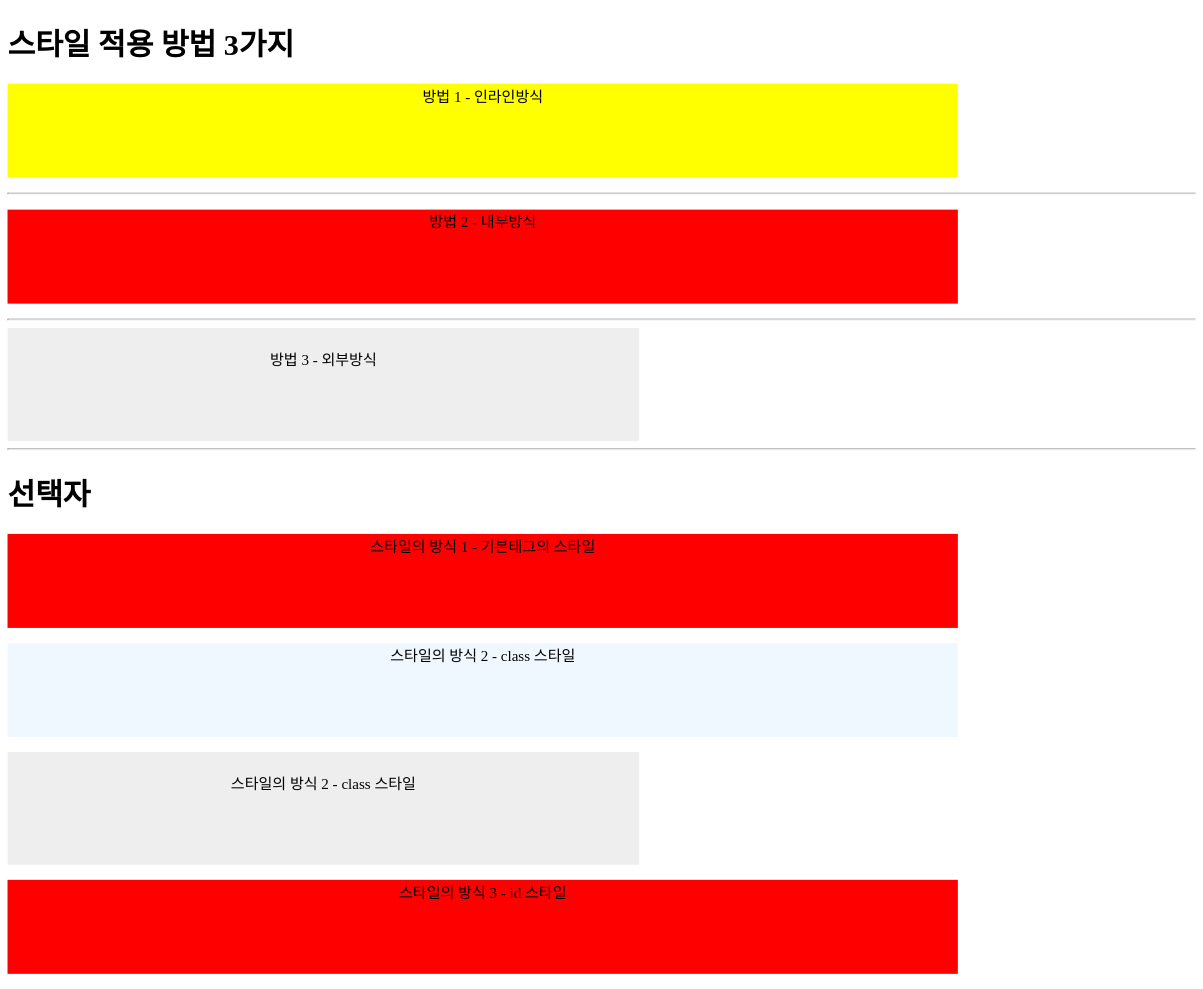
Repository: hsaar/jsworkplace
Page: http://localhost/testjsp/html/test04.jsp
These files come from the project's save history. The page is drawn as it stood at one moment and after the next save; the edit follows.
The browser window is 1280 px wide. The pictures show the whole page, at 94% of full size.
The page is served by Tomcat 9.

Above is the page before, as saved 2025-08-20 03:56:44.

After the next save:
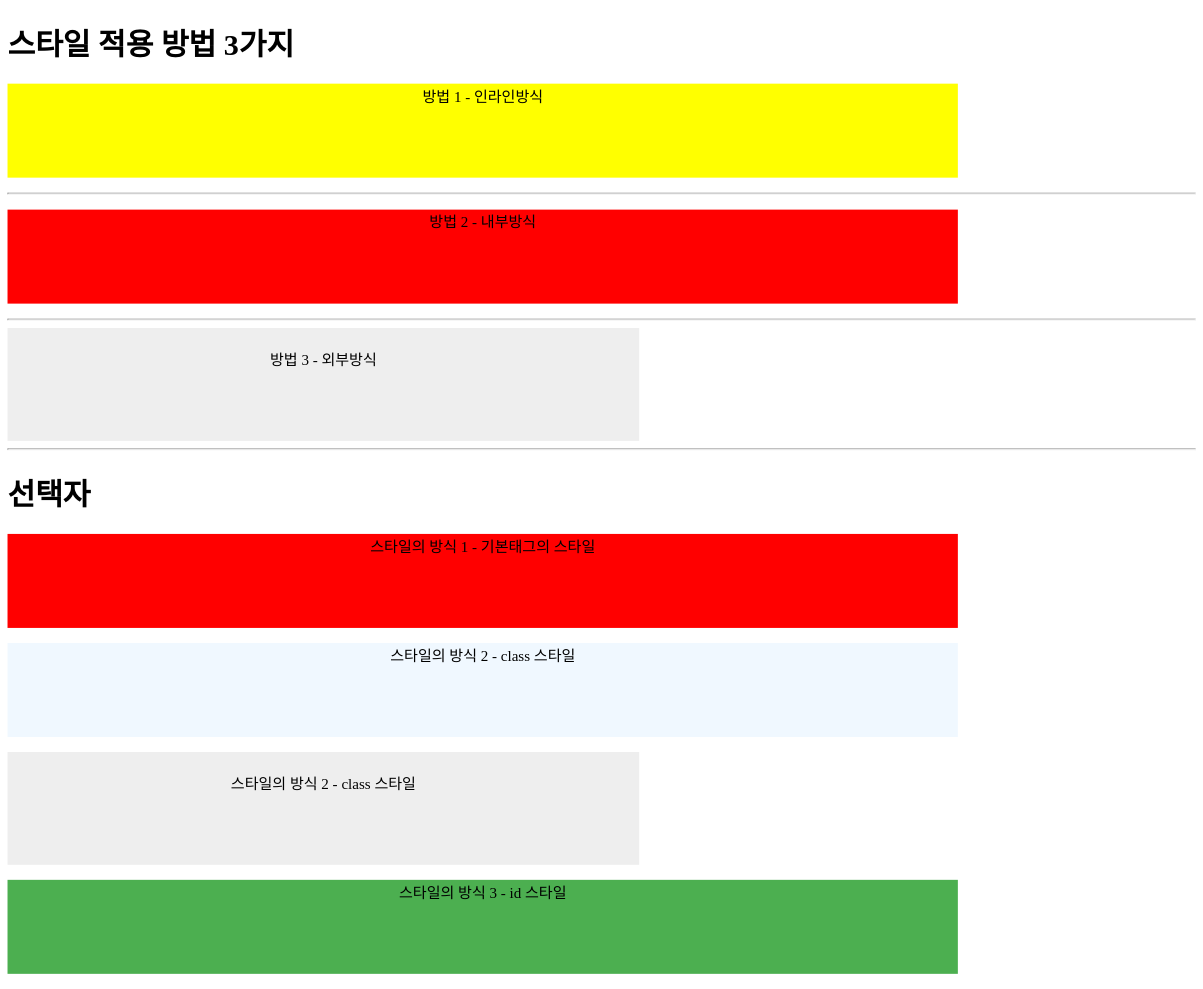
Saved 5 s later.
--- a/testjsp/src/main/webapp/html/test04.jsp
+++ b/testjsp/src/main/webapp/html/test04.jsp
@@ -36,6 +36,6 @@
 	<p>스타일의 방식 1 - 기본태그의 스타일</p>
 	<p class="test">스타일의 방식 2 - class 스타일</p>
 	<div class = "">스타일의 방식 2 - class 스타일</div>
-	<p id = "test">스타일의 방식 3 - id 스타일</p>
+	<p id = "test2">스타일의 방식 3 - id 스타일</p>
 </body>
 </html>
